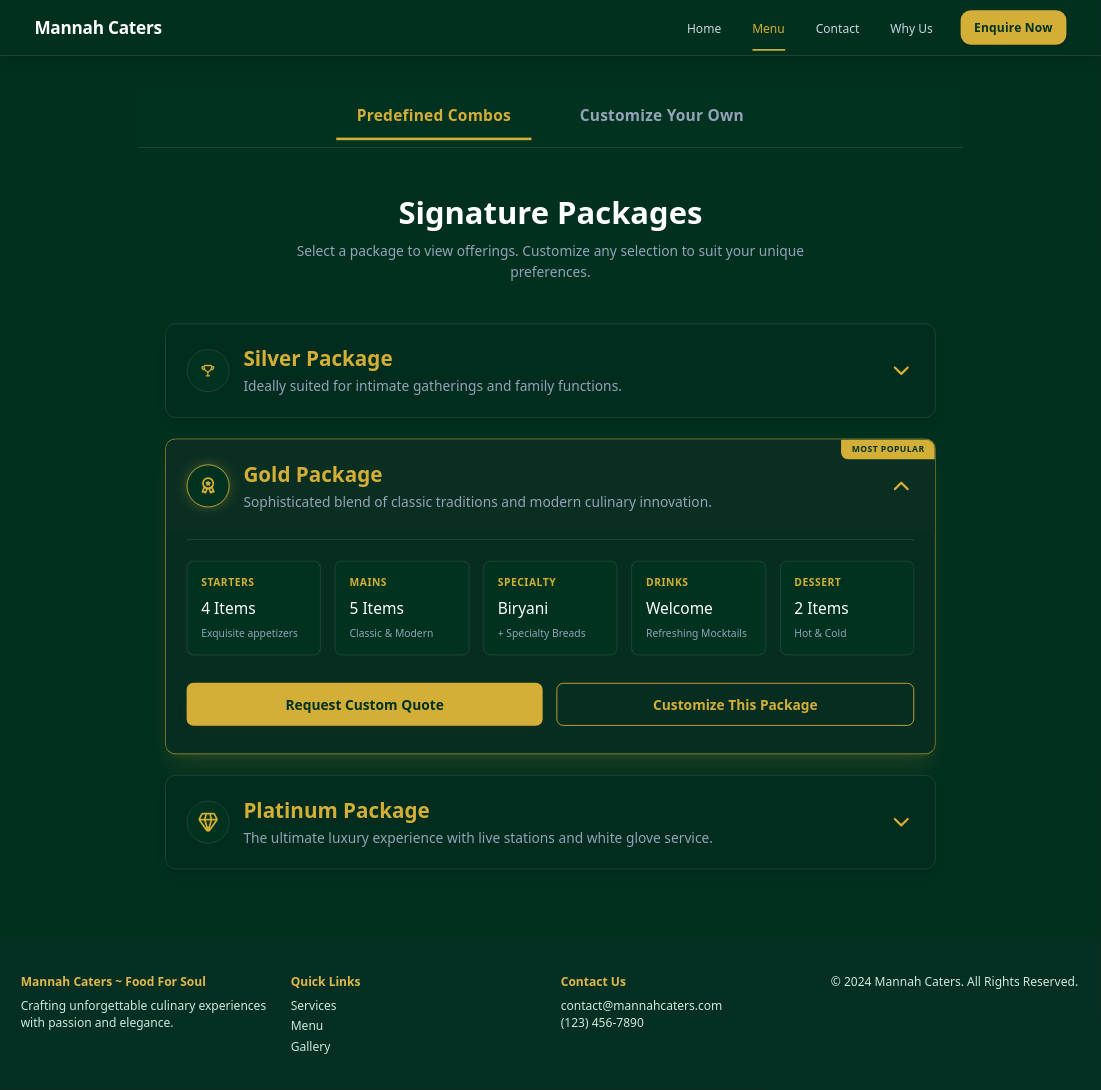
Repository: B-U-G-Freelancers/mannah_caterers
Page: /menu
The author's editor kept a copy of each file at every save. The page is drawn from the files as they stood at one save, then again after the next save.
The browser window is 1280 px wide. The pictures show the whole page, at 86% of full size.
The project was rebuilt for these pictures with package versions that can differ from the ones it lists, and the page was loaded fresh each time. Some packages were replaced by stand-ins written for this rebuild. Also part of the build but not shown: vite.config.js, src/pages/Home.jsx, src/components/MenuItem.jsx, src/components/CartSideBar.jsx, src/components/CustomizeView.jsx, src/pages/Contact.jsx, src/pages/WhyUs.jsx. Imported but missing from the stored project, and not drawn on this page: src/pages/Quote.

Above is the page before, as saved 2025-12-17 19:02:04.

### index.html
<!-- index.html -->


<!doctype html>
<html lang="en">
  <head>
    <meta charset="UTF-8" />
    <link rel="icon" type="image/png" href="/favicon.png" />

    <meta name="viewport" content="width=device-width, initial-scale=1.0" />

<link rel="preconnect" href="https://fonts.googleapis.com">
<link rel="preconnect" href="https://fonts.gstatic.com" crossorigin>
<link href="https://fonts.googleapis.com/css2?family=Inter:wght@400;500;600;700&family=Playfair+Display:wght@600;700;800&display=swap" rel="stylesheet">

    <title>mannah-caters</title>
  </head>
  <body>
    <div id="root"></div>
    <script type="module" src="/src/main.jsx"></script>
  </body>
</html>

### src/main.jsx
import React from "react"
import ReactDOM from "react-dom/client"
import { BrowserRouter } from "react-router-dom"
import App from "./App"
import "./index.css"

ReactDOM.createRoot(document.getElementById("root")).render(
  <BrowserRouter>
    <App />
  </BrowserRouter>
)

### src/App.jsx

import React from "react";
import { Routes, Route } from "react-router-dom";
import Layout from "./components/Layout";
import Home from "./pages/Home";
import Menu from "./pages/Menu";
import Contact from "./pages/Contact";
import WhyUs from "./pages/WhyUs";
const App = () => {
  return (

    <Routes>
      <Route path="/" element={<Layout />}>
        <Route index element={<Home />} />
        <Route path="menu" element={<Menu />} />
        <Route path="contact" element={<Contact />} />
        <Route path="why-us" element={<WhyUs />} />
      </Route>
    </Routes>
  );
};

export default App;

### src/index.css
@import "tailwindcss";


:root {
  font-family: system-ui, Avenir, Helvetica, Arial, sans-serif;
  line-height: 1.5;
  font-weight: 400;

  color-scheme: light dark;
  color: rgba(255, 255, 255, 0.87);
  background-color: #242424;

  font-synthesis: none;
  text-rendering: optimizeLegibility;
  -webkit-font-smoothing: antialiased;
  -moz-osx-font-smoothing: grayscale;
}

/* a {
  font-weight: 500;
  color: #646cff;
  text-decoration: inherit;
}
a:hover {
  color: #535bf2;
}

body {
  margin: 0;
  display: flex;
  place-items: center;
  min-width: 320px;
  min-height: 100vh;
}

h1 {
  font-size: 3.2em;
  line-height: 1.1;
}

button {
  border-radius: 8px;
  border: 1px solid transparent;
  padding: 0.6em 1.2em;
  font-size: 1em;
  font-weight: 500;
  font-family: inherit;
  background-color: #1a1a1a;
  cursor: pointer;
  transition: border-color 0.25s;
}
button:hover {
  border-color: #646cff;
}
button:focus,
button:focus-visible {
  outline: 4px auto -webkit-focus-ring-color;
}

@media (prefers-color-scheme: light) {
  :root {
    color: #213547;
    background-color: #ffffff;
  }
  a:hover {
    color: #747bff;
  }
  button {
    background-color: #f9f9f9;
  }
} */

### src/components/Layout.jsx
// Layout.jsx
import React from "react";
import Header from "./Header";
import Footer from "./Footer";
// If you are using React Router, import Outlet
import { Outlet } from "react-router-dom";

const Layout = () => {
  return (
    <div className="flex flex-col min-h-screen min-w-screen">
      <Header />

      {/* "flex-1" ensures this section takes up all available space,
          pushing the footer to the bottom if content is short */}
      <main className="flex-1">
        {/* Outlet renders the child route's element (the current page) */}
        <Outlet />
      </main>

      <Footer />
    </div>
  );
};

export default Layout;

### src/pages/Menu.jsx
import React, { useState } from "react";
import CombosView from "../components/CombosView";
import CustomizeView from "../components/CustomizeView";

const Menu = () => {
  const [activeTab, setActiveTab] = useState("combos");
  const [cart, setCart] = useState(["4", "6"]); // Pre-select some items for demo
  const [guestCount, setGuestCount] = useState(100);

  const toggleCartItem = (id) => {
    setCart((prev) =>
      prev.includes(id) ? prev.filter((item) => item !== id) : [...prev, id]
    );
  };

  return (
    <div className="min-h-screen flex flex-col">


      <main className="flex-1 flex flex-col items-center pb-20 px-4 sm:px-10 lg:px-40 pt-10 bg-[#02301f]">
        <div className="w-full max-w-[1200px] flex flex-col gap-8">

          {/* Tabs */}
          <div className="sticky top-[64px] z-40 bg-[#013220] pt-4 pb-2 border-b border-[#24473b]">
            <div className="flex justify-center gap-8">
              <button
                className={`flex flex-col items-center justify-center border-b-[3px] pb-3 px-6 transition-all cursor-pointer ${
                  activeTab === "combos"
                    ? "border-[#d4af37] text-[#d4af37]"
                    : "border-transparent text-[#94a3b8] hover:text-white"
                }`}
                onClick={() => setActiveTab("combos")}
              >
                <p className="text-lg font-bold leading-normal tracking-[0.015em]">
                  Predefined Combos
                </p>
              </button>
              <button
                className={`flex flex-col items-center justify-center border-b-[3px] pb-3 px-6 transition-all cursor-pointer ${
                  activeTab === "customize"
                    ? "border-[#d4af37] text-[#d4af37]"
                    : "border-transparent text-[#94a3b8] hover:text-white"
                }`}
                onClick={() => setActiveTab("customize")}
              >
                <p className="text-lg font-bold leading-normal tracking-[0.015em]">
                  Customize Your Own
                </p>
              </button>
            </div>
          </div>

          {/* View Content */}
          <div className="w-full">
            {activeTab === "combos" ? (
              <CombosView onCustomize={() => setActiveTab("customize")} />
            ) : (
              <CustomizeView
                cart={cart}
                guestCount={guestCount}
                setGuestCount={setGuestCount}
                toggleCartItem={toggleCartItem}
              />
            )}
          </div>
        </div>
      </main>


    </div>
  );
};

export default Menu;

### src/components/Header.jsx
import React from "react";
import { NavLink } from "react-router-dom";

const Header = () => {
  const linkBase =
    "text-sm font-medium leading-normal transition-colors relative";

  const linkInactive =
    "text-slate-300 hover:text-white";

  const linkActive =
    "text-[#d4af37] font-bold after:content-[''] after:absolute after:-bottom-4 after:left-0 after:w-full after:h-[2px] after:bg-[#d4af37]";

  return (
    <header className="sticky top-0 z-50 flex items-center justify-between border-b border-[#24473b] bg-[#013220]/95 backdrop-blur-md px-4 sm:px-10 py-3 shadow-lg">

      {/* Logo */}
      <div className="flex items-center gap-4">
        <NavLink
          to="/"
          className="text-white text-xl font-bold tracking-[-0.015em] hover:text-[#d4af37] transition-colors"
        >
          Mannah Caters
        </NavLink>
      </div>

      {/* Right Section */}
      <div className="flex flex-1 justify-end items-center gap-8">

        {/* Desktop Nav */}
        <nav className="hidden md:flex items-center gap-9">
          <NavLink
            to="/"
            className={({ isActive }) =>
              `${linkBase} ${isActive ? linkActive : linkInactive}`
            }
          >
            Home
          </NavLink>

          <NavLink
            to="/menu"
            className={({ isActive }) =>
              `${linkBase} ${isActive ? linkActive : linkInactive}`
            }
          >
            Menu
          </NavLink>

          <NavLink
            to="/contact"
            className={({ isActive }) =>
              `${linkBase} ${isActive ? linkActive : linkInactive}`
            }
          >
            Contact
          </NavLink>

          <NavLink
            to="/why-us"
            className={({ isActive }) =>
              `${linkBase} ${isActive ? linkActive : linkInactive}`
            }
          >
            Why Us
          </NavLink>
        </nav>

        {/* CTA */}
        <button className="flex h-10 px-4 items-center justify-center rounded-xl bg-[#d4af37] hover:bg-[#c29d4d] active:scale-95 transition-all text-[#013220] text-sm font-bold tracking-[0.015em] shadow-md">
          Enquire Now
        </button>
      </div>
    </header>
  );
};

export default Header;

### src/components/Footer.jsx
import React from "react";

const Footer = ({ onNavigate }) => {
  const handleNav = (tab) => {
    // Check if onNavigate exists before calling it
    if (onNavigate) {
      onNavigate(tab);
      window.scrollTo({ top: 0, behavior: "smooth" });
    }
  };

  return (
    <footer className="bg-[#052f22] py-10">
      <div className="max-w-7xl mx-auto px-6 grid md:grid-cols-4 gap-6 text-sm text-[#cfe9df]">
        <div>
          <h4 className="text-[#e0b84c] font-semibold">
            Mannah Caters ~ Food For Soul
          </h4>
          <p className="text-sm mt-2">
            Crafting unforgettable culinary experiences with passion and elegance.
          </p>
        </div>
        <div>
          <h4 className="text-[#e0b84c] font-semibold">Quick Links</h4>
          <ul className="text-sm mt-2 space-y-1">
            <li className="hover:text-white cursor-pointer transition-colors">
              Services
            </li>
            {/* I added the onClick here so handleNav is actually used */}
            <li
              onClick={() => handleNav("combos")}
              className="hover:text-white cursor-pointer transition-colors"
            >
              Menu
            </li>
            <li className="hover:text-white cursor-pointer transition-colors">
              Gallery
            </li>
          </ul>
        </div>
        <div>
          <h4 className="text-[#e0b84c] font-semibold">Contact Us</h4>
          <p className="text-sm mt-2">contact@mannahcaters.com</p>
          <p className="text-sm">(123) 456-7890</p>
        </div>
        <div className="text-sm">
          © 2024 Mannah Caters. All Rights Reserved.
        </div>
      </div>
    </footer>
  );
};

export default Footer;

### src/components/CombosView.jsx
import React, { useState } from "react";
import { PACKAGES } from "../constants";
import PackageCard from "./PackageCard";

const CombosView = ({ onCustomize }) => {
  // Default open state is 'gold' which is the second item usually
  const [openPackageId, setOpenPackageId] = useState("gold");

  const handleToggle = (id) => {
    setOpenPackageId((prev) => (prev === id ? null : id));
  };

  return (
    <div className="flex flex-col gap-6 animate-fade-in max-w-4xl mx-auto w-full">
      <div className="text-center py-6">
        <h2 className="text-white text-4xl font-bold mb-3">
          Signature Packages
        </h2>
        <p className="text-[#94a3b8] max-w-2xl mx-auto">
          Select a package to view offerings. Customize any selection to suit
          your unique preferences.
        </p>
      </div>

      {PACKAGES.map((pkg) => (
        <PackageCard
          key={pkg.id}
          pkg={pkg}
          isOpen={openPackageId === pkg.id}
          onToggle={() => handleToggle(pkg.id)}
          onCustomize={onCustomize}
        />
      ))}
    </div>
  );
};

export default CombosView;

### src/components/PackageCard.jsx
import React from "react";
import { ChevronDown } from 'lucide-react';
const PackageCard = ({ pkg, isOpen, onToggle, onCustomize }) => {
  return (
    <div
      className={`group bg-[#022c1e] rounded-xl border overflow-hidden shadow-lg transition-all duration-300 ${
        isOpen
          ? "border-[#d4af37]/60 shadow-[#d4af37]/10 shadow-xl"
          : "border-[#24473b]"
      }`}
    >
      <div
        className={`flex flex-col md:flex-row items-start md:items-center justify-between p-6 cursor-pointer relative z-10 select-none transition-colors ${
            isOpen ? 'bg-[#0a2e22]' : 'hover:bg-white/5'
        }`}
        onClick={onToggle}
      >
        {pkg.isPopular && (
          <div className="absolute top-0 right-0 bg-[#d4af37] text-[#013220] text-[10px] font-black tracking-wider uppercase px-3 py-1 rounded-bl-lg z-20">
            Most Popular
          </div>
        )}
        <div className="flex items-center gap-4">
          <div
            className={`p-3 bg-[#013220] rounded-full text-[#d4af37] border ${
              pkg.isPopular
                ? "border-[#d4af37] shadow-[0_0_15px_rgba(212,175,55,0.3)]"
                : "border-[#24473b]"
            }`}
          >
           <pkg.icon className="w-6 h-6 fill-current" />
          </div>
          <div className="flex flex-col gap-1">
            <h3 className="text-2xl font-bold text-[#d4af37] group-hover:text-white transition-colors">
              {pkg.name}
            </h3>
            <p className="text-[#94a3b8] text-sm md:text-base pr-8">
              {pkg.description}
            </p>
          </div>
        </div>
     <ChevronDown
  size={30}
  className={`text-[#d4af37] mt-4 md:mt-0 transition-transform duration-300 ${
    isOpen ? "rotate-180" : ""
  }`}
/>
      </div>

      <div
        className={`transition-all duration-300 ease-in-out overflow-hidden ${
          isOpen ? "max-h-[800px] opacity-100" : "max-h-0 opacity-0"
        }`}
      >
        <div className={`px-6 pb-8 pt-2 ${isOpen ? 'bg-[#0a2e22]/50' : ''}`}>
          <div className="h-px w-full bg-[#24473b] mb-6"></div>
          <div className={`grid grid-cols-1 sm:grid-cols-2 md:grid-cols-3 ${pkg.features.length > 4 ? 'lg:grid-cols-5' : 'lg:grid-cols-4'} gap-4 mb-8`}>
            {pkg.features.map((feature, idx) => (
              <div
                key={idx}
                className="flex flex-col gap-2 p-4 bg-[#013220] rounded-lg border border-[#24473b]"
              >
                <span className="text-xs font-bold text-[#d4af37] uppercase tracking-wider">
                  {feature.label}
                </span>
                <span className="text-white font-medium text-lg">
                  {feature.value}
                </span>
                <span className="text-[#94a3b8] text-xs">
                  {feature.subtext}
                </span>
              </div>
            ))}
          </div>
          <div className="flex flex-col sm:flex-row gap-4">
            <button className="flex-1 py-3 px-6 bg-[#d4af37] text-[#013220] font-bold rounded-lg hover:bg-[#f0c86b] transition-colors shadow-lg shadow-yellow-900/10">
              Request Custom Quote
            </button>
            <button
                onClick={(e) => {
                    e.stopPropagation();
                    onCustomize();
                }}
                className="flex-1 py-3 px-6 border border-[#d4af37] text-[#d4af37] font-bold rounded-lg hover:bg-[#d4af37] hover:text-[#013220] transition-colors"
            >
              Customize This Package
            </button>
          </div>
        </div>
      </div>
    </div>
  );
};

export default PackageCard;

### src/components/gold-package.jsx
import * as React from "react";
const SVGComponent = (props) => (
  <svg
    fill="#000000"
    width="800px"
    height="800px"
    viewBox="0 0 24 24"
    id="gold-medal"
    data-name="Line Color"
    xmlns="http://www.w3.org/2000/svg"
    className="icon line-color"
    {...props}
  >
    <g id="SVGRepo_bgCarrier" strokeWidth={0} />
    <g
      id="SVGRepo_tracerCarrier"
      strokeLinecap="round"
      strokeLinejoin="round"
    />
    <g id="SVGRepo_iconCarrier">
      <polygon
        id="secondary"
        points="11.38 8.4 10 8.59 11 9.48 10.76 10.75 12 10.15 13.24 10.75 13 9.48 14 8.59 12.62 8.4 12 7.25 11.38 8.4"
        style={{
          fill: "none",
          stroke: "#d4af37",
          strokeLinecap: "round",
          strokeLinejoin: "round",
          strokeWidth: 2,
        }}
      />
      <circle
        id="primary"
        cx={12}
        cy={9}
        r={6}
        style={{
          fill: "none",
          stroke: "#d4af37",
          strokeLinecap: "round",
          strokeLinejoin: "round",
          strokeWidth: 2,
        }}
      />
      <path
        id="primary-2"
        data-name="primary"
        d="M16.28,13.2A6,6,0,0,1,13,14.92L15,20l1.5-1.25,2.09.21Z"
        style={{
          fill: "none",
          stroke: "#d4af37",
          strokeLinecap: "round",
          strokeLinejoin: "round",
          strokeWidth: 2,
        }}
      />
      <path
        id="primary-3"
        data-name="primary"
        d="M5.41,19l2.09-.21L9,20l2-5.08A6,6,0,0,1,7.72,13.2Z"
        style={{
          fill: "none",
          stroke: "#d4af37",
          strokeLinecap: "round",
          strokeLinejoin: "round",
          strokeWidth: 2,
        }}
      />
    </g>
  </svg>
);
export default SVGComponent;

### src/components/platinum-package.jsx
import * as React from "react";
const SVGComponent = (props) => (
  <svg
    width="800px"
    height="800px"
    viewBox="0 0 24 24"
    fill="none"
    xmlns="http://www.w3.org/2000/svg"
    {...props}
  >
    <g id="SVGRepo_bgCarrier" strokeWidth={0} />
    <g
      id="SVGRepo_tracerCarrier"
      strokeLinecap="round"
      strokeLinejoin="round"
    />
    <g id="SVGRepo_iconCarrier">
      <path
        fillRule="evenodd"
        clipRule="evenodd"
        d="M6.23607 1C5.09976 1 4.06097 1.64201 3.55279 2.65836L1.14806 7.46782C0.647975 8.46799 0.745665 9.66329 1.40152 10.569L9.57018 21.8495C10.7679 23.5035 13.2321 23.5035 14.4298 21.8495L22.5985 10.569C23.2543 9.66329 23.352 8.468 22.852 7.46782L20.4472 2.65836C19.939 1.64201 18.9003 1 17.7639 1H6.23607ZM5.34165 3.55279C5.51104 3.214 5.8573 3 6.23607 3H8.67428L7.24571 8H3.11804L5.34165 3.55279ZM9.32574 8L10.7543 3H13.2457L14.6743 8H9.32574ZM14.646 10H9.35397L12 18.5996L14.646 10ZM13.929 19.1312L16.7386 10H20.5412L13.929 19.1312ZM16.7543 8L15.3257 3H17.7639C18.1427 3 18.489 3.214 18.6584 3.55279L20.882 8H16.7543ZM3.4588 10H7.26143L10.071 19.1312L3.4588 10Z"
        fill="#d4af37"
      />
    </g>
  </svg>
);
export default SVGComponent;

Loaded but not shown: src/constants.js (102 lines, source omitted); src/components/silver-package.jsx (25 lines, source omitted)

After the next save:
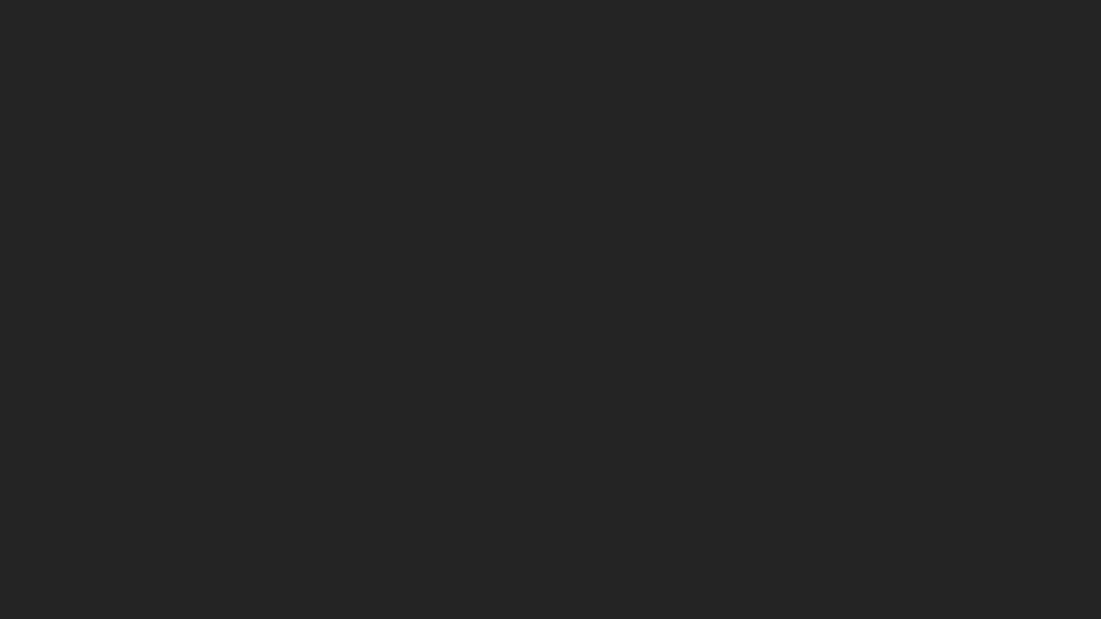
Console error: ReferenceError: Quote is not defined
Saved 4 min 11 s later.
--- a/src/App.jsx
+++ b/src/App.jsx
@@ -15,6 +15,7 @@ const App = () => {
         <Route path="menu" element={<Menu />} />
         <Route path="contact" element={<Contact />} />
         <Route path="why-us" element={<WhyUs />} />
+        <Route path="/quote" element={<Quote />} />
       </Route>
     </Routes>
   );

After the 2 saves that followed:
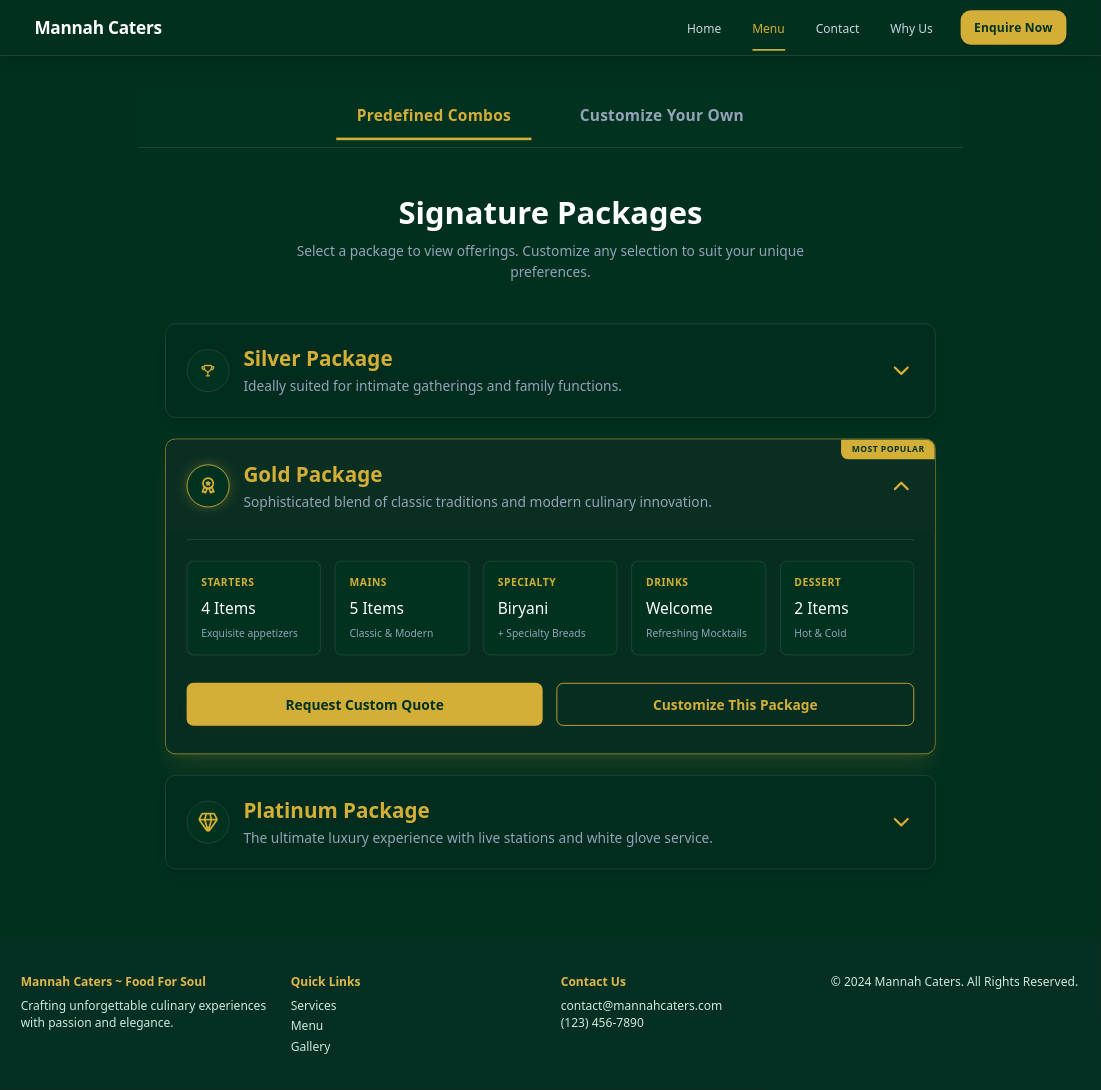
The error is gone.
The 2 saves are shown as one change because 1 left the picture as it was.
The last was saved 13 s later.
--- a/src/App.jsx
+++ b/src/App.jsx
@@ -6,6 +6,7 @@ import Home from "./pages/Home";
 import Menu from "./pages/Menu";
 import Contact from "./pages/Contact";
 import WhyUs from "./pages/WhyUs";
+import Quote from "./pages/Quote";
 const App = () => {
   return (
 
